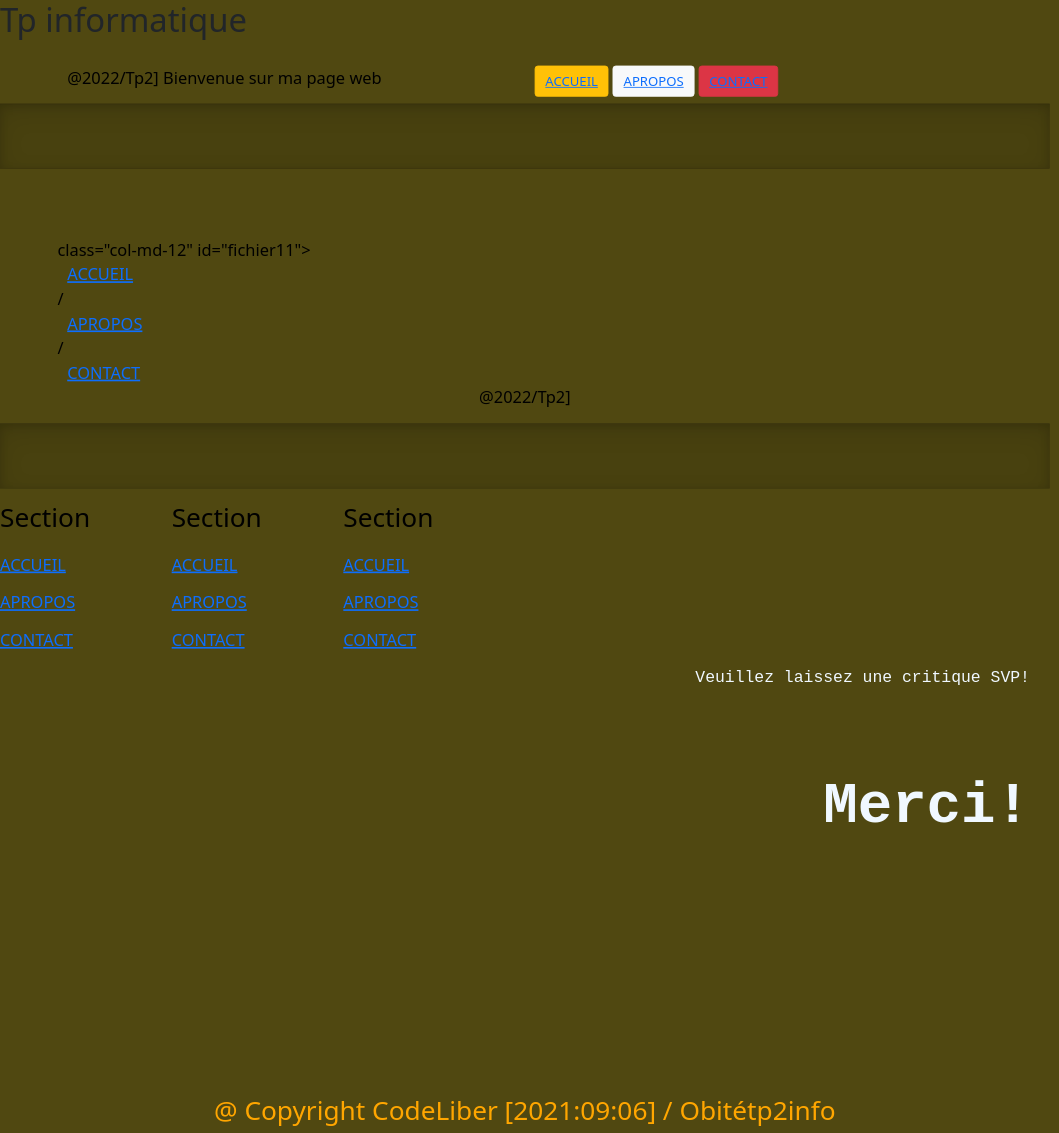
Repository: zezesylvain/cours-l3-info-2023-2024
Page: k.obite/Tp 2/Tp2/Index.html
These files come from the project's save history. The page is drawn as it stood at one moment and after the next save; the edit follows.
The browser window is 1280 px wide. The page is 1292 px wide, so the pictures cover 1292 px, including what lies to the right of the window. The pictures show the part of the page from y = 200 to 1582 px (the page is 1582 px tall before and 1402 px after), at 82% of full size.

Above is the page before, as saved 2021-12-15 10:47:53.

### k.obite/Tp 2/Tp2/Index.html
<!doctype html>
<html lang="en">
  <head>
    <!-- Required meta tags -->
    <meta charset="utf-8">
    <meta name="viewport" content="width=device-width, initial-scale=1">

    <!-- Bootstrap CSS -->
    <link href="https://cdn.jsdelivr.net/npm/bootstrap@5.1.3/dist/css/bootstrap.min.css" rel="stylesheet" integrity="sha384-1BmE4kWBq78iYhFldvKuhfTAU6auU8tT94WrHftjDbrCEXSU1oBoqyl2QvZ6jIW3" crossorigin="anonymous">
    <link rel="stylesheet" href="style.css">

    <title>Tp2, programmation, web</title>
  </head>

  <img  id="photo0" src="img10.png">
  <h1> Tp informatique </h1>


  <nav>

  </nav>

  <body>

 <br>


    <div class="container">
      <div class="row">
        <div class="col-md-6">
          <p>@2022/Tp2] Bienvenue sur ma page web</p>
        </div>
        <div class="col-md-6">
          <button type="button" class="btn btn-warning"> <a href="index.html"> ACCUEIL </a>  </button>
          <button type="button" class="btn btn-light"> <a href="about.html"> APROPOS </a> </button>
          <button type="button" class="btn btn-danger"> <a href="contact.html">  CONTACT </a></button>
        </div>
      </div>
    </div>

    <div id="vide">

     </div>

<br>

          <div class="container">


        <div class="row">


<br>
<br>
     <div></div>  class="col-md-12" id="fichier11">

     <a href="index.html"> ACCUEIL </a> /
     <a href="about.html"> APROPOS </a> /
     <a href="contact.html">  CONTACT </a>

    </div>

     <p id="deco" class="col-md-12"> @2022/Tp2] </p>

    </div>
     </div>

     <div id="vide"> </div>

      <div class="row">

    <br>

         <div class="row">

         <p  class="col-md-6" id="fichier111">

           <div class="row">
          <h2 class="col-md-2"> Section </h2>
          <h2 class="col-md-2"> Section </h2>
          <h2 class="col-md-2"> Section </h2>

        </div>
        </p>

         <p class="row">

          <a class="col-md-2" href="index.html"> ACCUEIL  </a>
         <a  class="col-md-2" href="Index.html"> ACCUEIL </a>
         <a class="col-md-2" href="Index.html"> ACCUEIL </a>
         </p>

         <p class="row">

         <a class="col-md-2" href="about.html">  APROPOS  </a>
         <a class="col-md-2" href="Index.html"> APROPOS </a>
         <a class="col-md-2" href="Index.html"> APROPOS </a>
         </p>

         <p class="row">

         <a class="col-md-2" href="contact.html"> CONTACT  </a>
         <a class="col-md-2" href="Index.html"> CONTACT </a>
         <a class="col-md-2" href="Index.html"> CONTACT </a>
         </p>

         <p id="deco2" class="col-md-12"> Veuillez laissez une critique SVP!
           <br>
           <br>
           <br>
           <br>

          <b id="merci"> Merci!</b>

        </p>

         </p>


     <br>
     <br>
     <br>


        </div>

        </div>

        <br>
        <br>
        <br>
        <br>
        <br>
        <br>
        <br>
        <br>


        <footer>
          <h2 id="copy"> @ Copyright CodeLiber [2021:09:06] / Obitétp2info </h2>
       </footer>






    <!-- Optional JavaScript; choose one of the two! -->

    <!-- Option 1: Bootstrap Bundle with Popper -->
    <script src="https://cdn.jsdelivr.net/npm/bootstrap@5.1.3/dist/js/bootstrap.bundle.min.js" integrity="sha384-ka7Sk0Gln4gmtz2MlQnikT1wXgYsOg+OMhuP+IlRH9sENBO0LRn5q+8nbTov4+1p" crossorigin="anonymous"></script>

    <!-- Option 2: Separate Popper and Bootstrap JS -->
    <!--
    <script src="https://cdn.jsdelivr.net/npm/@popperjs/core@2.10.2/dist/umd/popper.min.js" integrity="sha384-7+zCNj/IqJ95wo16oMtfsKbZ9ccEh31eOz1HGyDuCQ6wgnyJNSYdrPa03rtR1zdB" crossorigin="anonymous"></script>
    <script src="https://cdn.jsdelivr.net/npm/bootstrap@5.1.3/dist/js/bootstrap.min.js" integrity="sha384-QJHtvGhmr9XOIpI6YVutG+2QOK9T+ZnN4kzFN1RtK3zEFEIsxhlmWl5/YESvpZ13" crossorigin="anonymous"></script>
    -->
  </body>
</html>

### k.obite/Tp 2/Tp2/style.css

#copy{

    color: rgb(255, 166, 00);
    text-align: center;
}

body{

    background-color:rgb(80, 72, 17)

}




#photo0{

    width: 100%;
    height: 200px;

}



#fichier1{

    font-size: 40px;
    text-align: right;
    color: aliceblue

}

div{


    border: 2px;
    text-align: left;
    font-size: 20px;
    color: black;

}

#vide{

    height: 5rem;
    background-color: rgba(0, 0, 0, 0.1);
    border: solid rgba(0, 0, 0, 0.15);
    border-width: 1px 0;
    box-shadow: inset 0 .5em 1.5em rgba(0, 0, 0, .1), inset 0 .125em .5em rgba(0, 0, 0, .15);
}

#deco{

    text-align: center;
}

#fichier11{

    text-align: center;
}

#deco2{

    color:aliceblue;
    font-family: 'Courier New', Courier, monospace;
    text-align: right;
}

#merci{
    font-size: 70px;
}

#msg{



}

After the next save:
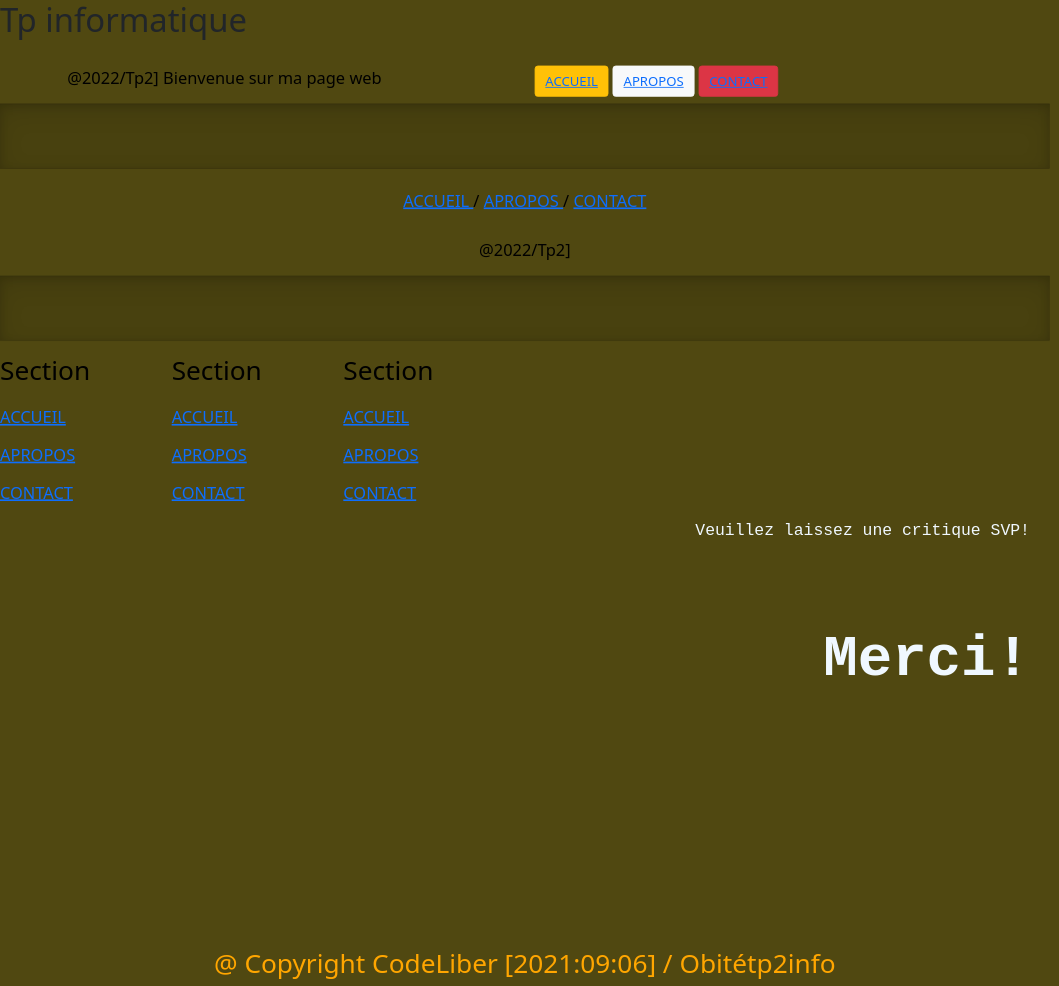
Saved 5 s later.
--- a/k.obite/Tp 2/Tp2/Index.html
+++ b/k.obite/Tp 2/Tp2/Index.html
@@ -52,7 +52,7 @@
 
 <br>
 <br>
-     <div></div>  class="col-md-12" id="fichier11">
+     <div  class="col-md-12" id="fichier11">
 
      <a href="index.html"> ACCUEIL </a> /
      <a href="about.html"> APROPOS </a> /
